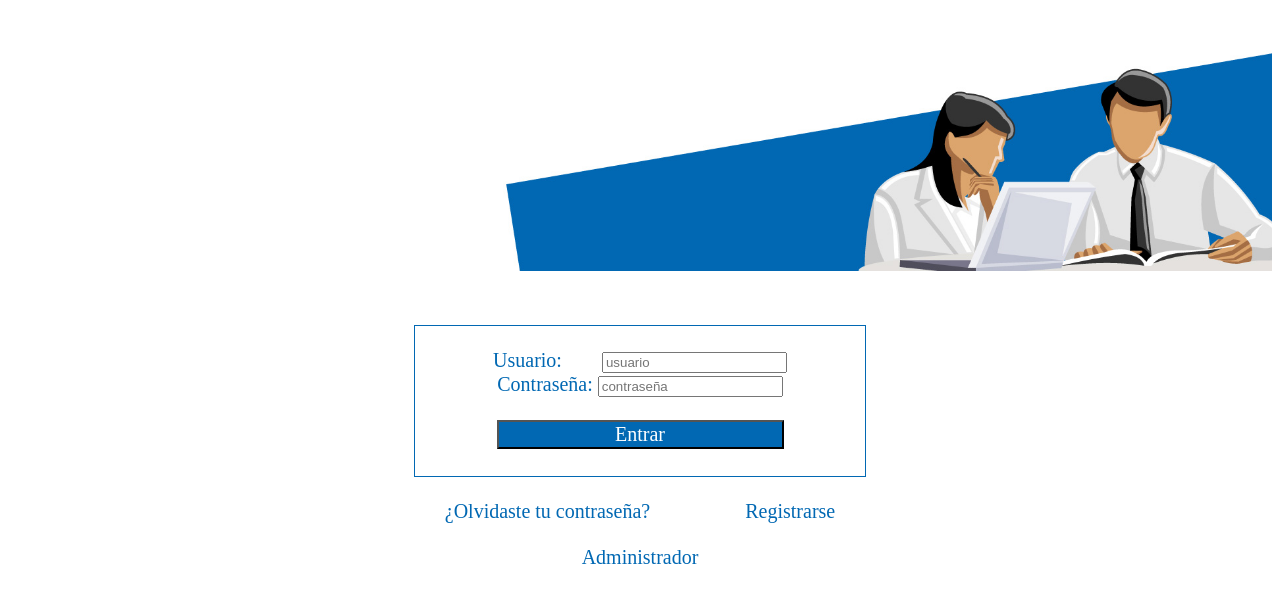
Repository: jluislechado/gestionUsuario
Page: http://localhost/php/index.php
The author's editor kept a record of every edit. The page is drawn from the files as they stood at one moment, then again after the next edit.
The browser window is 1280 px wide. The pictures show the whole page.
The page is run by PHP 8.4 with error messages shown; the project is at /var/www/html/.

Above is the page before.

### workspace/php/index.php
<!DOCTYPE html>
<html>
    <head>
        <meta charset="UTF-8">
        <title></title>
          <link rel="stylesheet" href="../estilo/estilo.css"/>
    </head>
    <body>
        <header>
            <img src="../estilo/imagenes/cabecera.jpg" alt="cabecera" id="cabecera"/>
        </header>
        <div id="cuerpo">
            <div class="blanco"></div>
            <div id="formularioIndex">
                <form action="phplogin.php" method="post">
                    </br>
                    <span>Usuario: &nbsp;&nbsp;&nbsp;&nbsp;&nbsp;&nbsp;&nbsp;</span><input type="text" name="alias" placeholder="usuario"/></br>
                    <span>Contraseña: </span><input type="password" name="contrasena" placeholder="contraseña"/></br></br>
                    <input type="submit" value="Entrar" id="botonIndex"/>
                </form>
            </div>
            <div id="enlacesIndex">
                </br>
                <a href="olvidar.php">¿Olvidaste tu contraseña?</a>&nbsp;&nbsp;&nbsp;&nbsp;&nbsp;&nbsp;&nbsp;&nbsp;&nbsp;&nbsp;&nbsp;&nbsp;&nbsp;&nbsp;&nbsp;&nbsp;&nbsp;&nbsp;
                <a href="registro.php">Registrarse</a></br></br>
                <a href="admin.php">Administrador</a>
            </div>
        </div>
    </body>
</html>

### workspace/estilo/estilo.css
header{
    width:100%;
}
#cabecera{
    width:100%;
}
#formularioIndex{
    width:450px;
    height:150px;
    border:1px solid #0168b3;
    margin:0 auto;
    font-family:raleway;
    font-size:20px;
    color:#0168b3;
    text-align:center;
}
#botonIndex{
    background-color:#0168b3;
    font-family:raleway;
    font-size:20px;
    color:white;
    width:287px;
}
.blanco{
    width:100%;
    height:50px;
}
#enlacesIndex{
    width:450px;
    margin:0 auto;
    font-family:raleway;
    font-size:20px;
    color:#0168b3;
    text-align:center;
}
a{
    list-style:none;
    text-decoration:none;
    color:#0168b3;
}
#administradorIndex{
    width:100%;
    font-family:raleway;
    font-size:20px;
    color:#0168b3;
    text-align:right;
}
#h1{
    width:100%;
    font-family:raleway;
    color:#0168b3;
    font-size:40px;
    text-align:center;
    font-weight:200;
}
#formularioIndex2{
    width:450px;
    height:150px;
    border:1px solid #0168b3;
    margin-left:50px;
    float:left;
    font-family:raleway;
    font-size:20px;
    color:white;
    background-color:#0168b3;
    text-align:center;
}
#ladoDerecho{
    width:250px;
    float:right;
    margin-right:50px;
}
.usuario{
    width:250px;
    border:1px solid white;
    text-align:center;
    font-family:raleway;
    font-size:20px;
    background-color:#0168b3;
    margin-bottom:8px;
}
.usuario a{
   color:white;
}
table{
    margin:0 auto;
    font-family:raleway;
}
.mensaje{
    font-family:raleway;
    font-size:20px;
    background-color:#0168b3;
}

After the next edit:
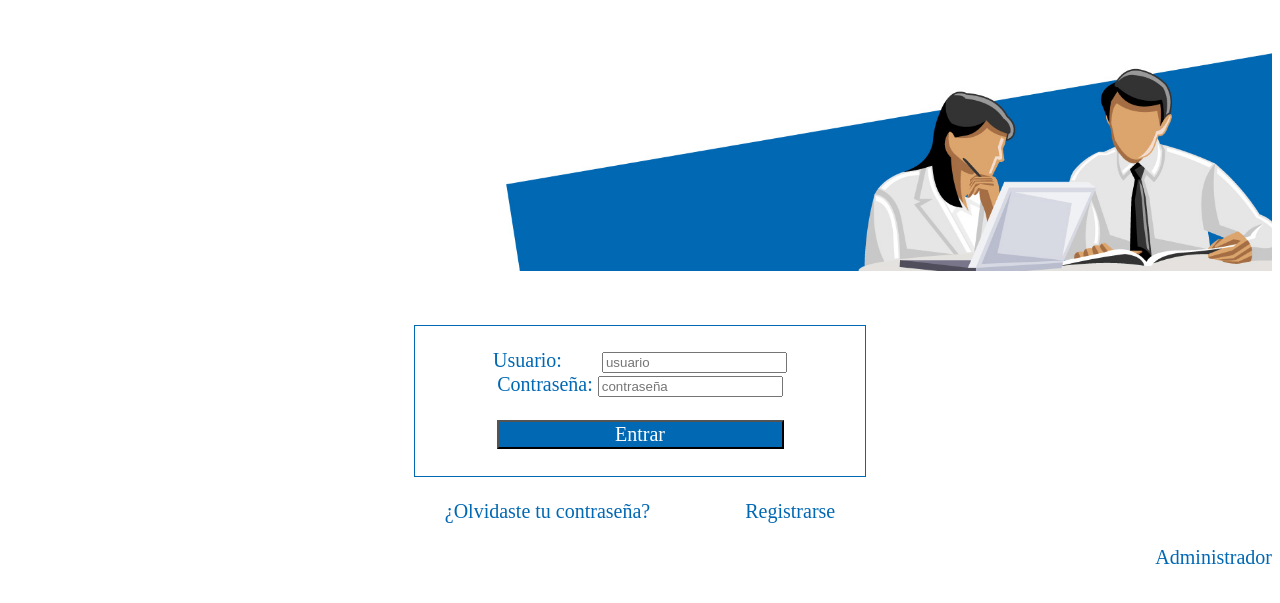
The edit:
--- a/workspace/php/index.php
+++ b/workspace/php/index.php
@@ -23,6 +23,8 @@
                 </br>
                 <a href="olvidar.php">¿Olvidaste tu contraseña?</a>&nbsp;&nbsp;&nbsp;&nbsp;&nbsp;&nbsp;&nbsp;&nbsp;&nbsp;&nbsp;&nbsp;&nbsp;&nbsp;&nbsp;&nbsp;&nbsp;&nbsp;&nbsp;
                 <a href="registro.php">Registrarse</a></br></br>
+            </div>
+            <div id="administradorIndex">
                 <a href="admin.php">Administrador</a>
             </div>
         </div>
